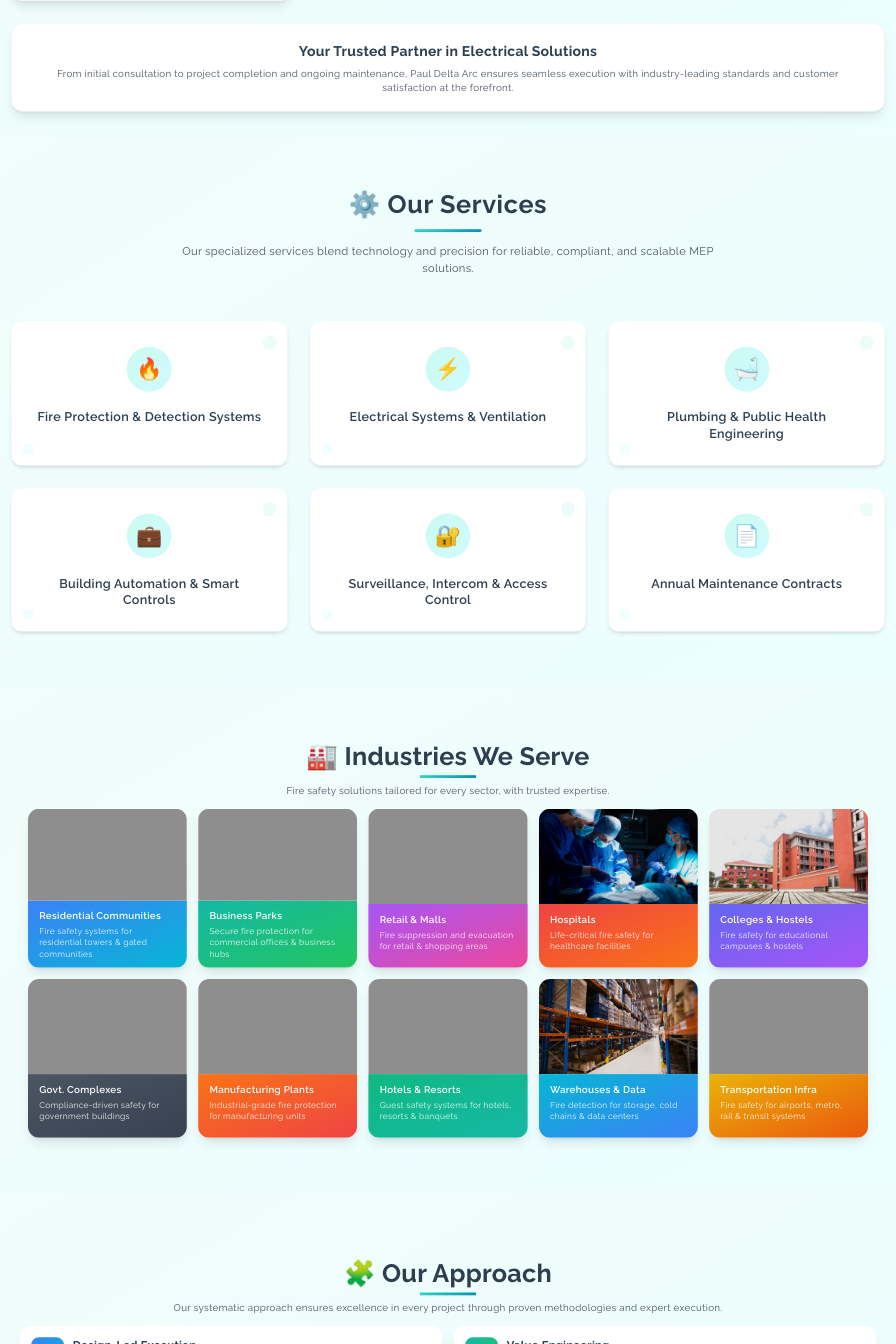
Repository: AnupriyaBiswas/PaulDeltaArc
Page: /
These files come from the project's save history. The page is drawn as it stood at one moment and after the next save; the edit follows.
The browser window is 1280 px wide. The pictures show the part of the page from y = 3429 to 5349 px (the page is 6757 px tall before and 7019 px after), at 70% of full size.
Pictures or frames that could not be fetched are drawn as grey boxes. The project was rebuilt for these pictures with package versions that can differ from the ones it lists, and the page was loaded fresh each time. The framework's server and built-in components were replaced by stand-ins that run in the browser. Also part of the build but not shown: next.config.js.

Above is the page before, as saved 2025-07-10 19:54:53.

After the next save:
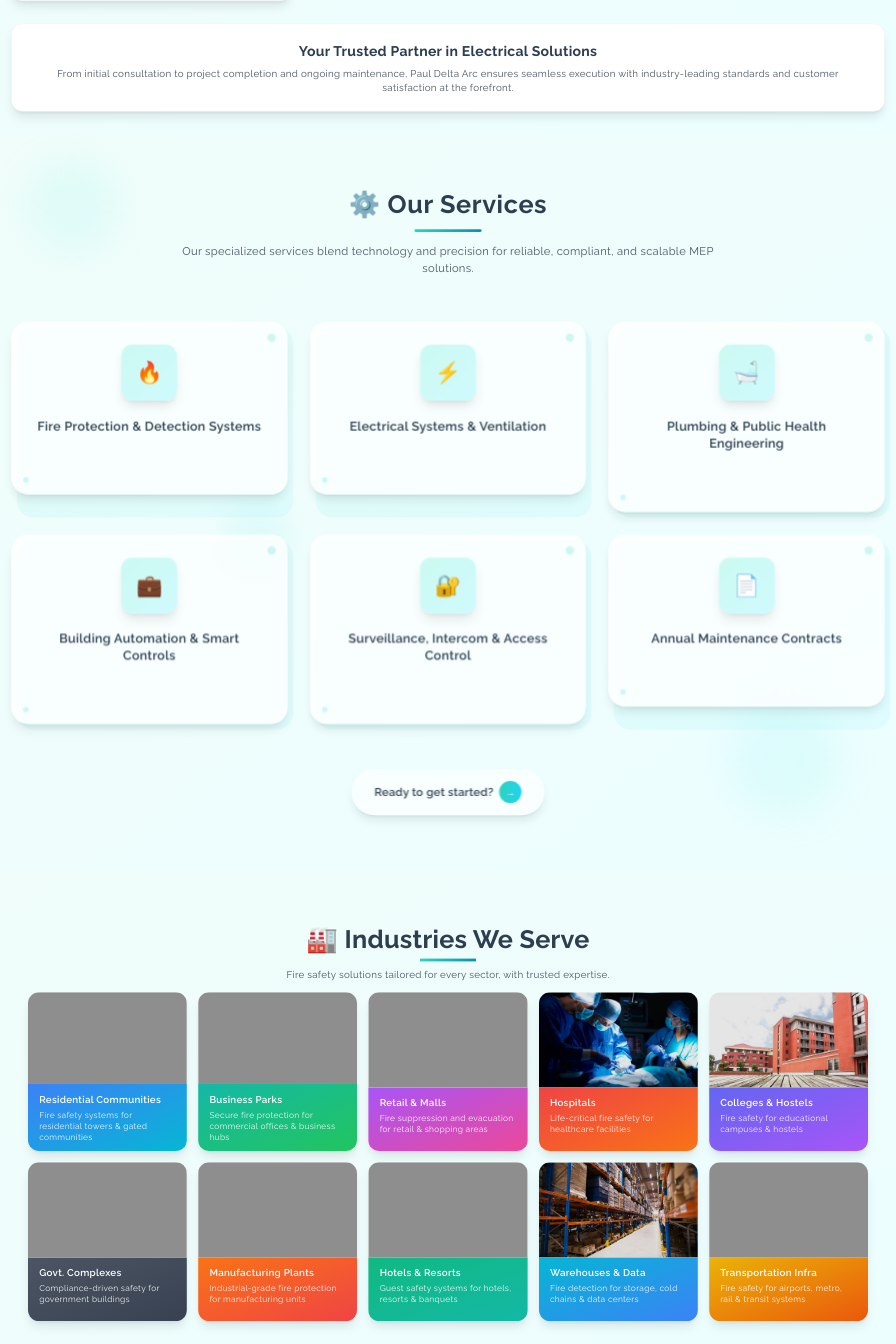
Saved 112 s later.
--- a/components/Services.jsx
+++ b/components/Services.jsx
@@ -1,8 +1,8 @@
 import React, { useState, useEffect } from 'react';
-import Link from 'next/link';
 
 const Services = () => {
   const [hasMounted, setHasMounted] = useState(false);
+  const [hoveredCard, setHoveredCard] = useState(null);
 
   useEffect(() => {
     setHasMounted(true);
@@ -20,9 +20,13 @@ const Services = () => {
   ];
 
   return (
-    <div id='services' className='w-full bg-gradient-to-br from-teal-50 to-cyan-50 py-20 min-h-screen flex items-center'>
-      <div className='max-w-7xl mx-auto px-4'>
+    <div id='services' className='w-full bg-gradient-to-br from-teal-50 to-cyan-50 py-20 min-h-screen flex items-center relative overflow-hidden'>
+      {/* Floating Background Elements */}
+      <div className='absolute top-10 left-10 w-32 h-32 bg-gradient-to-br from-teal-200/20 to-cyan-200/20 rounded-full blur-xl'></div>
+      <div className='absolute bottom-20 right-20 w-40 h-40 bg-gradient-to-br from-cyan-200/20 to-teal-200/20 rounded-full blur-xl'></div>
+      <div className='absolute top-1/2 left-1/4 w-24 h-24 bg-gradient-to-br from-teal-300/10 to-cyan-300/10 rounded-full blur-lg'></div>
 
+      <div className='max-w-7xl mx-auto px-4 relative z-10'>
         {/* Header */}
         <div className='text-center mb-16'>
           <h2 className='text-4xl font-bold text-[#2c3e50] mb-4 tracking-wide'>⚙️ Our Services</h2>
@@ -32,29 +36,71 @@ const Services = () => {
           </p>
         </div>
 
-        {/* Grid */}
+        {/* Services Grid */}
         <div className='grid grid-cols-1 sm:grid-cols-2 lg:grid-cols-3 gap-8'>
           {features.map((feature, index) => (
-            <Link key={index} href={feature.href}>
-              <a className='group relative p-8 bg-white rounded-2xl shadow-md hover:shadow-xl transition-all duration-300 transform hover:-translate-y-1 border-t-4 border-transparent hover:border-teal-500'>
-                {/* Icon */}
-                <div className='flex items-center justify-center mb-6'>
-                  <div className='w-16 h-16 rounded-full bg-gradient-to-br from-teal-100 to-cyan-100 flex items-center justify-center text-3xl'>
-                    {feature.icon}
+            <div
+              key={index}
+              className='group relative cursor-pointer'
+              onMouseEnter={() => setHoveredCard(index)}
+              onMouseLeave={() => setHoveredCard(null)}
+            >
+              {/* Main Card */}
+              <div className='relative p-8 bg-white/80 backdrop-blur-sm rounded-3xl shadow-lg hover:shadow-2xl transition-all duration-500 transform hover:-translate-y-2 border border-white/50'>
+
+                {/* Animated Background Gradient */}
+                <div className={`absolute inset-0 rounded-3xl bg-gradient-to-br from-teal-500/5 to-cyan-500/5 opacity-0 group-hover:opacity-100 transition-opacity duration-500`}></div>
+
+                {/* Floating Icon Container */}
+                <div className='relative z-10 flex items-center justify-center mb-6'>
+                  <div className='relative'>
+                    <div className='w-20 h-20 rounded-2xl bg-gradient-to-br from-teal-100 to-cyan-100 flex items-center justify-center text-3xl shadow-lg group-hover:shadow-xl transition-all duration-500 group-hover:scale-110'>
+                      {feature.icon}
+                    </div>
+                    {/* Pulsing Ring */}
+                    <div className={`absolute inset-0 rounded-2xl border-2 border-teal-300 opacity-0 group-hover:opacity-100 transition-all duration-500 ${hoveredCard === index ? 'animate-pulse' : ''}`}></div>
                   </div>
                 </div>
 
                 {/* Title */}
-                <h3 className='text-lg font-semibold text-center text-[#2c3e50] group-hover:text-teal-600 transition-colors duration-300 leading-snug'>
+                <h3 className='relative z-10 text-lg font-semibold text-center text-[#2c3e50] group-hover:text-teal-600 transition-colors duration-300 leading-snug mb-4'>
                   {feature.title}
                 </h3>
 
-                {/* Glow Dots */}
-                <div className='absolute top-4 right-4 w-5 h-5 bg-teal-100 rounded-full opacity-40 group-hover:opacity-0 transition-opacity duration-300'></div>
-                <div className='absolute bottom-4 left-4 w-4 h-4 bg-cyan-100 rounded-full opacity-30 group-hover:opacity-0 transition-opacity duration-300'></div>
-              </a>
-            </Link>
+                {/* Explore Button */}
+                <div className='relative z-10 flex justify-center'>
+                  <div className='px-6 py-2 bg-gradient-to-r from-teal-500 to-cyan-500 text-white text-sm rounded-full opacity-0 group-hover:opacity-100 transform translate-y-2 group-hover:translate-y-0 transition-all duration-300 shadow-md hover:shadow-lg'>
+                    Explore Service
+                  </div>
+                </div>
+
+                {/* Decorative Elements */}
+                <div className='absolute top-4 right-4 w-3 h-3 bg-teal-400 rounded-full opacity-20 group-hover:opacity-60 transition-opacity duration-300'></div>
+                <div className='absolute bottom-4 left-4 w-2 h-2 bg-cyan-400 rounded-full opacity-20 group-hover:opacity-60 transition-opacity duration-300'></div>
+
+                {/* Card Number */}
+                <div className='absolute top-4 left-4 w-8 h-8 bg-gradient-to-br from-teal-500/10 to-cyan-500/10 rounded-full flex items-center justify-center text-sm font-bold text-teal-600 opacity-0 group-hover:opacity-100 transition-opacity duration-300'>
+                  {index + 1}
+                </div>
+
+                {/* Shine Effect */}
+                <div className='absolute inset-0 rounded-3xl bg-gradient-to-r from-transparent via-white/10 to-transparent opacity-0 group-hover:opacity-100 transition-opacity duration-500 transform -skew-x-12 translate-x-full group-hover:translate-x-[-100%] group-hover:duration-700'></div>
+              </div>
+
+              {/* Shadow Card */}
+              <div className='absolute inset-0 bg-gradient-to-br from-teal-200/20 to-cyan-200/20 rounded-3xl transform translate-y-2 translate-x-2 -z-10 group-hover:translate-y-1 group-hover:translate-x-1 transition-transform duration-300'></div>
+            </div>
           ))}
+        </div>
+
+        {/* Bottom CTA */}
+        <div className='text-center mt-16'>
+          <div className='inline-flex items-center gap-2 px-8 py-4 bg-white/60 backdrop-blur-sm rounded-full shadow-lg border border-white/30 hover:bg-white/80 transition-all duration-300 cursor-pointer group'>
+            <span className='text-[#2c3e50] font-semibold'>Ready to get started?</span>
+            <div className='w-8 h-8 bg-gradient-to-r from-teal-400 to-cyan-400 rounded-full flex items-center justify-center text-white text-sm transform group-hover:scale-110 transition-transform duration-300'>
+              →
+            </div>
+          </div>
         </div>
       </div>
     </div>
